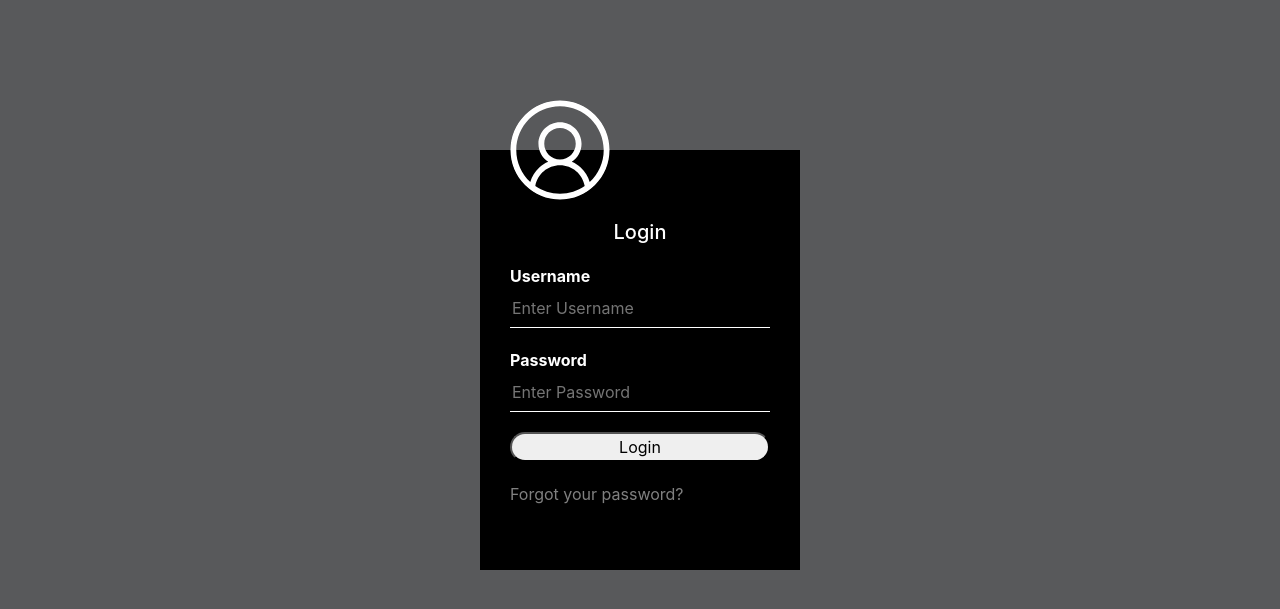
Repository: Lovekr/stylester
Page: stylster_frontend_design/login.html
An editor plug-in stored every save of this project. The page is shown before and after the next save, followed by the edit.
The browser window is 1280 px wide. The pictures show the whole page.

Above is the page before, as saved 2020-03-09 13:04:34.

### stylster_frontend_design/login.html
<!DOCTYPE html>
<html lang="en">
<head>

    <meta charset="UTF-8">
    <meta name="viewport" content="width=device-width, initial-scale=1.0">
    <link rel="stylesheet" href="https://stackpath.bootstrapcdn.com/bootstrap/4.4.1/css/bootstrap.min.css" >
     <link rel="stylesheet" href="./css/owl.carousel.css">
     <link rel="stylesheet" href="./css//owl.theme.default.min.css">
     <link rel="stylesheet" href="https://cdnjs.cloudflare.com/ajax/libs/font-awesome/4.7.0/css/font-awesome.min.css">
     <link rel="stylesheet" href="./css/login.css">
    <title>STYLSTER</title>
</head>
<body>
     <div class="loginbox">
         <div>
            <img src="./asset/login icon svg white-01.svg" class="loginicon">
         </div>
         <h1>Login</h1>
         <form>
             <p>Username</p>
             <input type="text" name="" placeholder="Enter Username" required>
             <p>Password</p>
             <input type="password" name="" placeholder="Enter Password" required>
             <input type="submit" name="" value="Login">
             <a href="#">Forgot your password?</a>
         </form>
     </div>


</body>
</html>

### stylster_frontend_design/css/login.css
body {
    margin: 0;
    padding: 0;
    background-color: #58595b;
    background-size: cover;
    background-position: center;
}
.loginbox {
    width: 320px;
    height: 420px;
    background: #000;
    color: #fff;
    position: absolute;
    top:50%;
    left:50%;
    transform: translate(-50%, -50%);
    box-sizing: border-box;
    padding: 70px 30px;
}

.loginicon {
    width: 100px;
    height: 100px;
    border-radius: 50%;
    position: absolute;
    top: -50px;
    left: calc(-50%, 50px);
}
h1 {
    margin:0;
    padding: 0 0 20px;
    text-align: center;
    font-size: 20px;
}
.loginbox p{
    margin: 0;
    padding: 0;
    font-weight: bold;
}
.loginbox input{
    width: 100%;
    margin-bottom: 20px;
}
.loginbox input[type="text"], input[type="password"]
{
    border: none;
    border-bottom: 1px solid #fff;
    background-color: transparent ;
    outline: none;
    height: 40px;
   color: white;
}
.loginbox input[type="submit"]
{
    border-radius: 20px;
}
.loginbox input[type="submit"]:hover
{
    cursor: pointer;
    background:black;
    color: white;
}
.loginbox a{
    text-decoration: none;
    line-height: 20px;
    color: grey;
}
.loginbox a:hover{
    color: white;
}

Loaded but not shown: stylster_frontend_design/css/owl.carousel.css (library); stylster_frontend_design/css/owl.theme.default.min.css (common file)

After the next save:
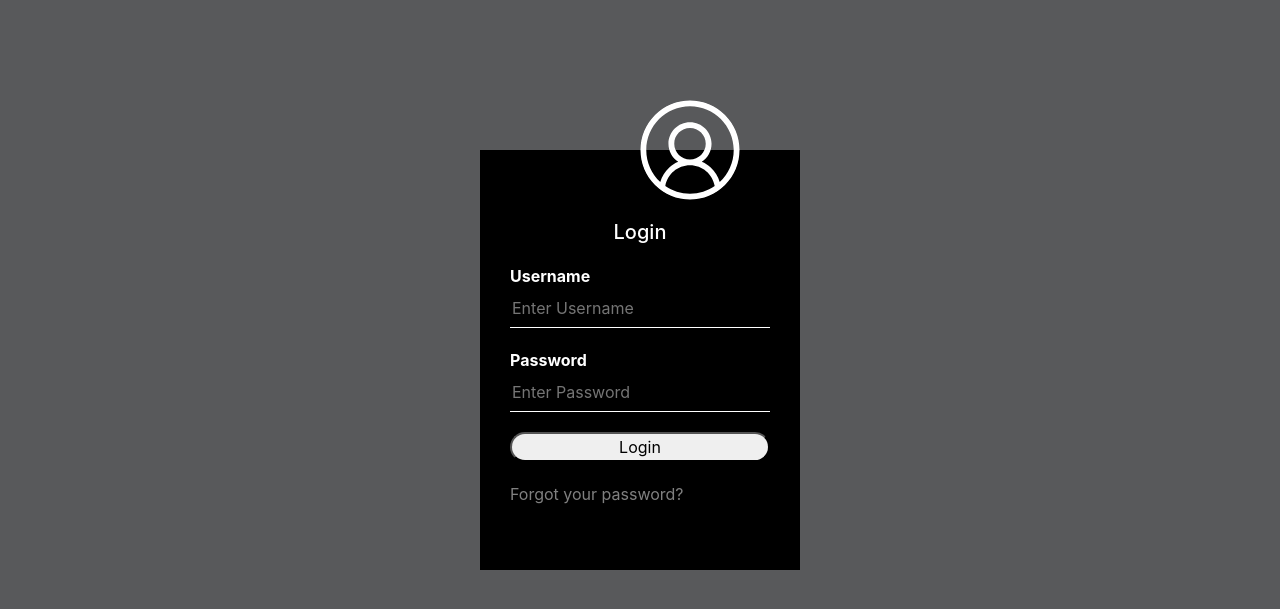
Saved 21 s later.
--- a/stylster_frontend_design/login.html
+++ b/stylster_frontend_design/login.html
@@ -13,7 +13,7 @@
 </head>
 <body>
      <div class="loginbox">
-         <div>
+         <div class="text-center">
             <img src="./asset/login icon svg white-01.svg" class="loginicon">
          </div>
          <h1>Login</h1>

After the save that followed:
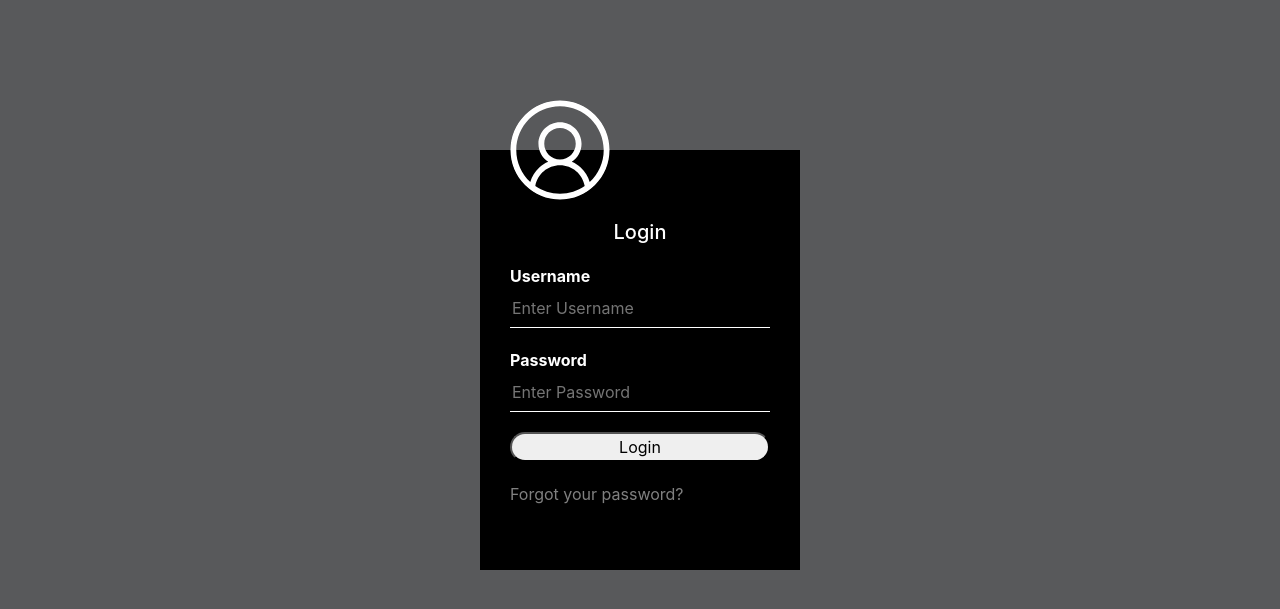
Saved 2 min 56 s later.
--- a/stylster_frontend_design/login.html
+++ b/stylster_frontend_design/login.html
@@ -13,9 +13,7 @@
 </head>
 <body>
      <div class="loginbox">
-         <div class="text-center">
             <img src="./asset/login icon svg white-01.svg" class="loginicon">
-         </div>
          <h1>Login</h1>
          <form>
              <p>Username</p>
